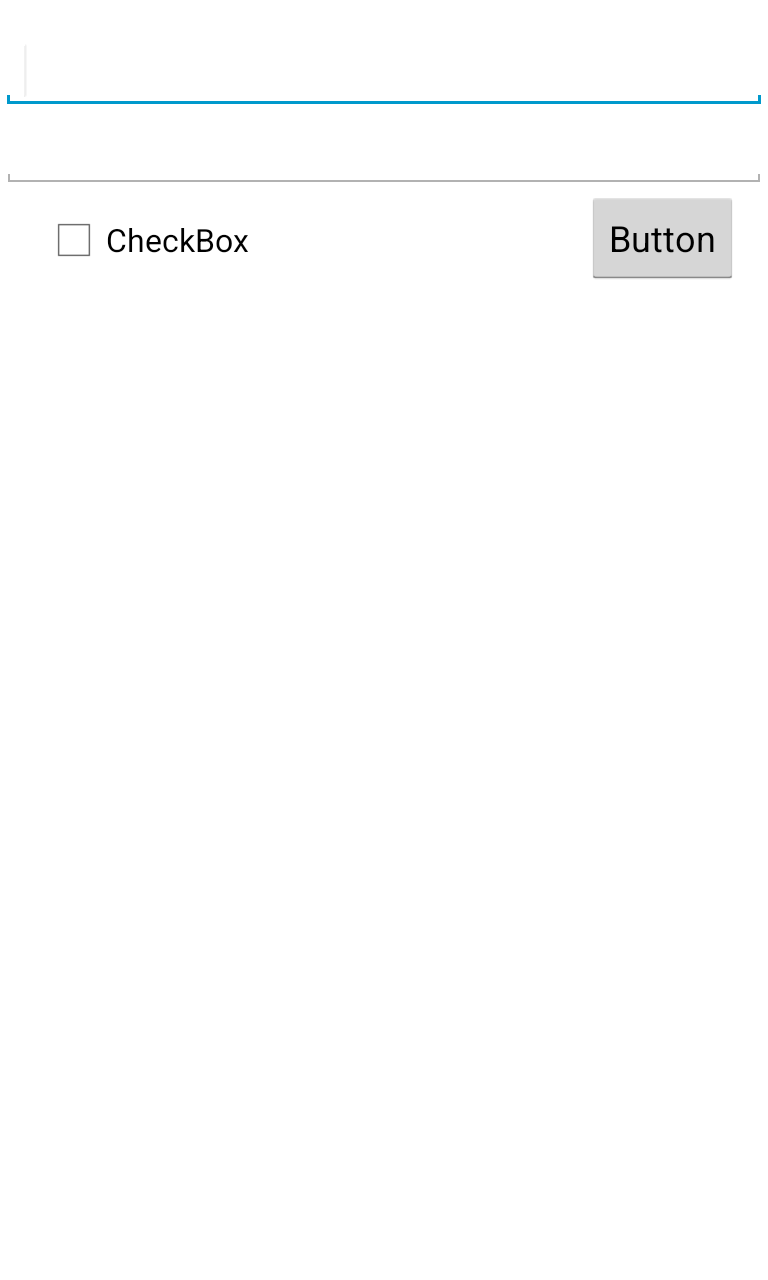
Repository: IvyZh/hm66
Layout: 黑马项目/res/layout/activity_rwinrom.xml
The author's editor kept a copy of each file at every save. The layout is drawn from the files as they stood at one save, then again after the next save.
It is drawn on a 768 x 1280 px phone screen (xhdpi) without system bars, with theme AppTheme; the app's code is not run.

Above is the layout before, as saved 2016-05-17 18:10:09.

### 黑马项目/res/layout/activity_rwinrom.xml
<RelativeLayout xmlns:android="http://schemas.android.com/apk/res/android"
    xmlns:tools="http://schemas.android.com/tools"
    android:layout_width="match_parent"
    android:layout_height="match_parent" >

    <EditText
        android:id="@+id/editText1"
        android:layout_width="match_parent"
        android:layout_height="wrap_content"
        android:layout_alignParentLeft="true"
        android:layout_alignParentTop="true"
        android:layout_marginTop="16dp"
        android:ems="10" >

        <requestFocus />
    </EditText>

    <EditText
        android:id="@+id/editText2"
        android:layout_width="match_parent"
        android:layout_height="wrap_content"
        android:layout_alignParentLeft="true"
        android:layout_below="@+id/editText1"
        android:ems="10"
        android:inputType="textPassword" />

    <CheckBox
        android:id="@+id/checkBox1"
        android:layout_width="wrap_content"
        android:layout_height="wrap_content"
        android:layout_alignBaseline="@+id/button1"
        android:layout_alignBottom="@+id/button1"
        android:layout_alignParentLeft="true"
        android:layout_marginLeft="21dp"
        android:text="CheckBox" />

    <Button
        android:id="@+id/button1"
        android:layout_width="wrap_content"
        android:layout_height="wrap_content"
        android:layout_alignParentRight="true"
        android:layout_below="@+id/editText2"
        android:layout_marginRight="14dp"
        android:text="Button" />

</RelativeLayout>

Loaded but not shown: 黑马项目/res/values/styles.xml (common file); 黑马项目/res/values-v11/styles.xml (common file); 黑马项目/res/values-v14/styles.xml (common file)

After the next save:
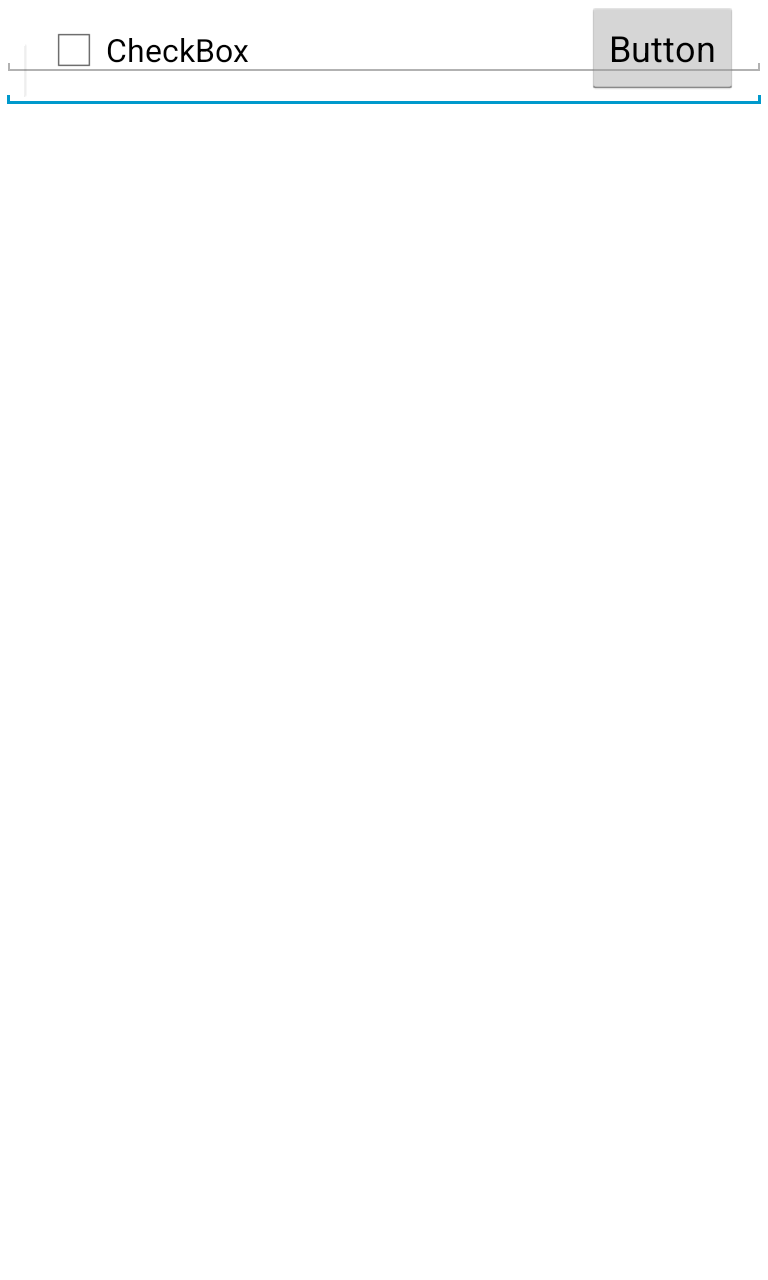
Saved 16 s later.
--- a/黑马项目/res/layout/activity_rwinrom.xml
+++ b/黑马项目/res/layout/activity_rwinrom.xml
@@ -4,7 +4,7 @@
     android:layout_height="match_parent" >
 
     <EditText
-        android:id="@+id/editText1"
+        android:id="@+id/tv_username"
         android:layout_width="match_parent"
         android:layout_height="wrap_content"
         android:layout_alignParentLeft="true"
@@ -16,7 +16,7 @@
     </EditText>
 
     <EditText
-        android:id="@+id/editText2"
+        android:id="@+id/et_pwd"
         android:layout_width="match_parent"
         android:layout_height="wrap_content"
         android:layout_alignParentLeft="true"

After the save that followed:
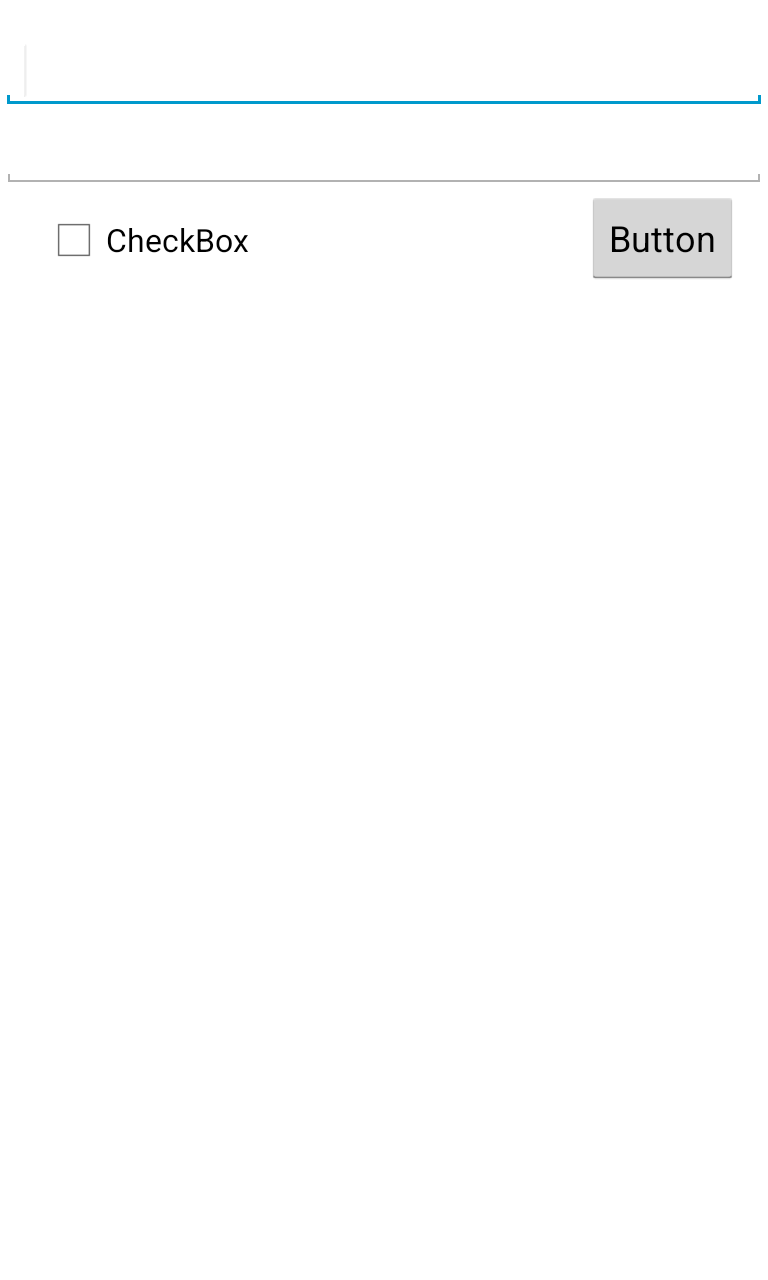
Saved 19 s later.
--- a/黑马项目/res/layout/activity_rwinrom.xml
+++ b/黑马项目/res/layout/activity_rwinrom.xml
@@ -20,7 +20,7 @@
         android:layout_width="match_parent"
         android:layout_height="wrap_content"
         android:layout_alignParentLeft="true"
-        android:layout_below="@+id/editText1"
+        android:layout_below="@+id/tv_username"
         android:ems="10"
         android:inputType="textPassword" />
 
@@ -39,7 +39,7 @@
         android:layout_width="wrap_content"
         android:layout_height="wrap_content"
         android:layout_alignParentRight="true"
-        android:layout_below="@+id/editText2"
+        android:layout_below="@+id/et_pwd"
         android:layout_marginRight="14dp"
         android:text="Button" />
 
